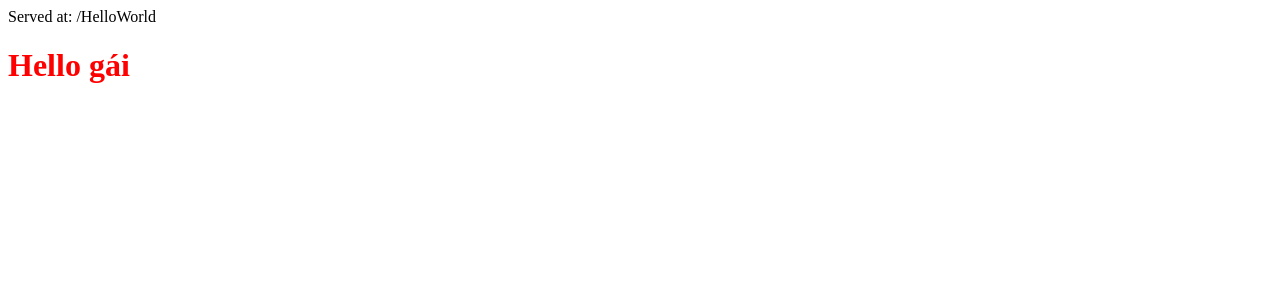
Repository: 1105trxc/LapTrinhWeb-2526
Page: http://localhost/HelloWorld/HelloController
These files come from the project's save history. The page is drawn as it stood at one moment and after the next save; the edit follows.
The browser window is 1280 px wide. The pictures show the whole page.
The page is served by Tomcat 10.

Above is the page before, as saved 2025-08-20 06:23:36.

After the next save:
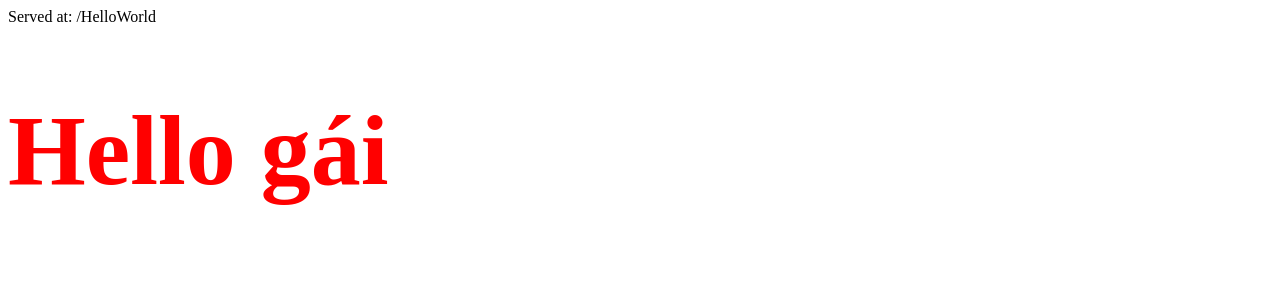
Saved 2 min 25 s later.
--- a/HelloWorld/src/main/java/minimal/controller/HelloController.java
+++ b/HelloWorld/src/main/java/minimal/controller/HelloController.java
@@ -40,7 +40,7 @@ public class HelloController extends HttpServlet {
 		response.setContentType("text/html");
 		// Actual logic goes here.
 		PrintWriter out = response.getWriter();
-		out.println("<h1 style ='color : red' >" + message + "</h1>");
+		out.println("<h1 style ='color : red; font-size: 100px' >" + message + "</h1>");
 
 	}
 
